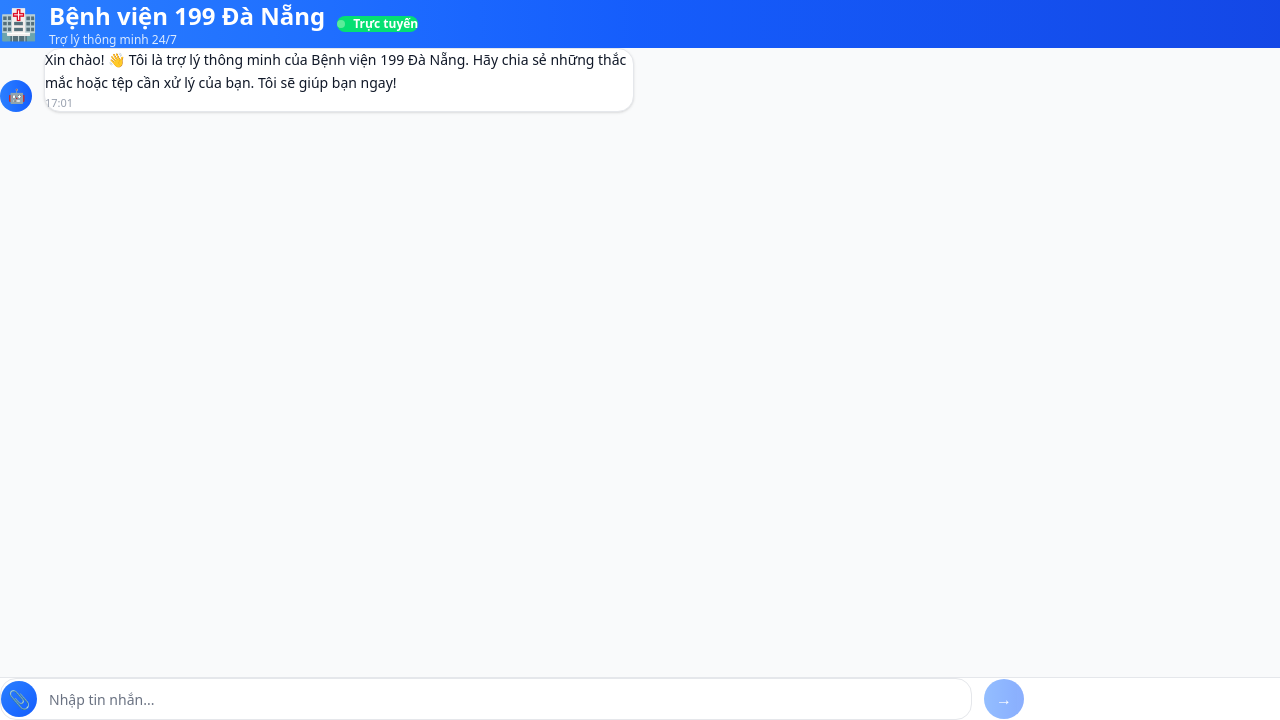
Repository: France2003/B-nh_Vi-n_199
Page: /
The author's editor kept a copy of each file at every save. The page is drawn from the files as they stood at one save, then again after the next save.
The browser window is 1280 px wide. The pictures show the whole page.
The project was rebuilt for these pictures with package versions that can differ from the ones it lists, and the page was loaded fresh each time. Also part of the build but not shown: vite.config.ts, src/App.css, src/components/FilePreview.tsx.

Above is the page before, as saved 2026-01-10 11:49:58.

### index.html
<!doctype html>
<html lang="en">
  <head>
    <meta charset="UTF-8" />
    <link rel="icon" type="image/svg+xml" href="/vite.svg" />
    <meta name="viewport" content="width=device-width, initial-scale=1.0" />
    <title>chat199</title>
  </head>
  <body>
    <div id="root"></div>
    <script type="module" src="/src/main.tsx"></script>
  </body>
</html>

### src/index.css
@import "tailwindcss";

:root {
  --hospital-50: #f0f7fc;
  --hospital-100: #dceef9;
  --hospital-200: #b9def3;
  --hospital-300: #8fcde9;
  --hospital-400: #5ab9dd;
  --hospital-500: #35a4d0;
  --hospital-600: #2a7bb7;
  --hospital-700: #1e5b8d;
  --hospital-800: #0d4a73;
  --hospital-900: #081f2e;
}

* {
  @apply m-0 p-0 box-border;
}

html,
body {
  @apply h-full w-full;
}

body {
  @apply overflow-hidden;
}

#root {
  @apply h-screen w-screen;
}

/* Scrollbar Styling */
::-webkit-scrollbar {
  @apply w-2 h-2;
}

::-webkit-scrollbar-track {
  @apply bg-transparent;
}

::-webkit-scrollbar-thumb {
  background-color: rgb(13, 74, 115, 0.3);
  border-radius: 4px;
}

::-webkit-scrollbar-thumb:hover {
  background-color: rgb(13, 74, 115, 0.5);
}

/* Custom animations */
@keyframes slideIn {
  from {
    opacity: 0;
    transform: translateY(10px);
  }
  to {
    opacity: 1;
    transform: translateY(0);
  }
}

@keyframes bounce {
  0%, 80%, 100% {
    opacity: 0.5;
    transform: translateY(0);
  }
  40% {
    opacity: 1;
    transform: translateY(-10px);
  }
}

.animate-in {
  animation: slideIn 0.3s ease forwards;
}

.delay-200 {
  animation-delay: 200ms;
}

.delay-400 {
  animation-delay: 400ms;
}

.slide-in-from-bottom-2 {
  --tw-enter-translate-y: 8px;
}

### src/App.tsx
import './App.css'
import { ChatBot } from './components/ChatBot'

function App() {
  return <ChatBot />
}

export default App

### src/components/ChatBot.tsx
import React, { useState, useRef, useEffect } from 'react';
import type { Message, UploadedFile } from '../types';
import { ChatMessage } from './ChatMessage';
import { FileUploader } from './FileUploader';
import { FilePreview } from './FilePreview';

export const ChatBot: React.FC = () => {
  const [messages, setMessages] = useState<Message[]>([
    {
      id: '1',
      type: 'bot',
      content: 'Xin chào! 👋 Tôi là trợ lý thông minh của Bệnh viện 199 Đà Nẵng. Hãy chia sẻ những thắc mắc hoặc tệp cần xử lý của bạn. Tôi sẽ giúp bạn ngay!',
      timestamp: new Date(),
    },
  ]);

  const [uploadedFiles, setUploadedFiles] = useState<UploadedFile[]>([]);
  const [inputValue, setInputValue] = useState('');
  const [isLoading, setIsLoading] = useState(false);
  const messagesEndRef = useRef<HTMLDivElement>(null);
  const inputRef = useRef<HTMLInputElement>(null);

  const scrollToBottom = () => {
    messagesEndRef.current?.scrollIntoView({ behavior: 'smooth' });
  };

  useEffect(() => {
    scrollToBottom();
  }, [messages]);

  const handleFilesUpload = (files: UploadedFile[]) => {
    setUploadedFiles((prev) => [...prev, ...files]);
  };

  const handleFileDescriptionChange = (fileId: string, description: string) => {
    setUploadedFiles((prev) =>
      prev.map((file) =>
        file.id === fileId ? { ...file, description } : file
      )
    );
  };

  const handleRemoveFile = (fileId: string) => {
    setUploadedFiles((prev) => prev.filter((file) => file.id !== fileId));
  };

  const handleSendMessage = async () => {
    if (!inputValue.trim() && uploadedFiles.length === 0) return;

    setIsLoading(true);

    // Create user message
    const userMessage: Message = {
      id: `${Date.now()}`,
      type: 'user',
      content: inputValue,
      timestamp: new Date(),
      files: uploadedFiles.length > 0 ? [...uploadedFiles] : undefined,
    };

    setMessages((prev) => [...prev, userMessage]);
    setInputValue('');
    setUploadedFiles([]);

    // Simulate bot response
    setTimeout(() => {
      const botMessage: Message = {
        id: `${Date.now() + 1}`,
        type: 'bot',
        content: generateBotResponse(userMessage),
        timestamp: new Date(),
      };
      setMessages((prev) => [...prev, botMessage]);
      setIsLoading(false);
    }, 1000);
  };

  const generateBotResponse = (userMessage: Message): string => {
    if (userMessage.files && userMessage.files.length > 0) {
      const fileCount = userMessage.files.length;
      const fileNames = userMessage.files.map((f) => f.name).join(', ');
      return `✓ Đã nhận ${fileCount} tệp: ${fileNames}. ${userMessage.content
          ? `Yêu cầu: ${userMessage.content}`
          : 'Đang xử lý tệp của bạn...'
        }`;
    }

    const responses = [
      '✓ Cảm ơn bạn đã liên hệ! Chúng tôi đang xử lý yêu cầu của bạn.',
      '✓ Bệnh viện 199 sẵn sàng hỗ trợ! Hãy cho tôi biết thêm thông tin chi tiết.',
      '✓ Tôi đã ghi nhận thông tin của bạn. Có gì khác tôi có thể giúp?',
      '✓ Cảm ơn bạn đã tin tưởng dịch vụ của chúng tôi! 🏥',
    ];

    return responses[Math.floor(Math.random() * responses.length)];
  };

  const handleKeyPress = (e: React.KeyboardEvent<HTMLInputElement>) => {
    if (e.key === 'Enter' && !e.shiftKey) {
      e.preventDefault();
      handleSendMessage();
    }
  };

  return (
    <div className="flex flex-col h-screen bg-white">
      {/* Header */}
      <header className="bg-gradient-to-r from-blue-500 via-blue-600 to-blue-700 text-white px-4 py-3 sm:px-6 sm:py-4 shadow-lg">
        <div className="flex items-center gap-3">
          <div className="text-3xl">🏥</div>
          <div>
            <h1 className="text-lg sm:text-2xl font-bold">Bệnh viện 199 Đà Nẵng</h1>
            <p className="text-[11px] sm:text-xs text-blue-100 font-medium">
              Trợ lý thông minh 24/7
            </p>
          </div>
          <div className="ml-auto flex items-center gap-2 bg-green-400 bg-opacity-30 px-3 py-1 rounded-full">
            <div className="w-2 h-2 bg-green-300 rounded-full animate-pulse"></div>
            <span className="text-xs font-semibold">Trực tuyến</span>
          </div>
        </div>
      </header>

      {/* Chat Container */}
      <div className="flex-1 overflow-y-auto px-4 py-6 bg-gray-50">
        <div className="w-full max-w-6xl mx-auto space-y-6">

          {messages.map((message) => (
            <ChatMessage key={message.id} message={message} />
          ))}
          {isLoading && (
            <div className="flex gap-3">
              <div className="w-8 h-8 rounded-full bg-gradient-to-r from-blue-500 to-blue-600 flex items-center justify-center text-white text-sm font-bold flex-shrink-0">🤖</div>
              <div className="flex gap-1.5 bg-white px-4 py-3 rounded-2xl shadow-sm">
                <div className="w-2 h-2 bg-blue-500 rounded-full animate-bounce"></div>
                <div className="w-2 h-2 bg-blue-500 rounded-full animate-bounce" style={{ animationDelay: '0.2s' }}></div>
                <div className="w-2 h-2 bg-blue-500 rounded-full animate-bounce" style={{ animationDelay: '0.4s' }}></div>
              </div>
            </div>
          )}
          <div ref={messagesEndRef} />
        </div>
      </div>

      {/* Input Area */}
      <div className="bg-white border-t border-gray-200 px-4 py-4 shadow-lg">
        <div className="w-full max-w-full sm:max-w-3xl lg:max-w-5xl mx-auto">
          {uploadedFiles.length > 0 && (
            <div className="mb-4">
              <FilePreview
                files={uploadedFiles}
                onDescriptionChange={handleFileDescriptionChange}
                onRemove={handleRemoveFile}
              />
            </div>
          )}

          <div className="flex gap-3 items-center">
            <div className="flex-1 flex items-center gap-3 bg-white border border-gray-200 rounded-2xl px-3 py-2 transition-all focus-within:border-blue-400 focus-within:ring-1 focus-within:ring-blue-100">
              <FileUploader onFilesUpload={handleFilesUpload} showLabel={false} />

              <input
                ref={inputRef}
                type="text"
                value={inputValue}
                onChange={(e) => setInputValue(e.target.value)}
                onKeyPress={handleKeyPress}
                placeholder="Nhập tin nhắn..."
                className="flex-1 h-11 sm:h-10 bg-transparent text-gray-900 placeholder-gray-500 focus:outline-none text-sm"
                disabled={isLoading}
              />

              {uploadedFiles.length > 0 && (
                <div className="flex items-center gap-2">
                  <div className="text-xs text-gray-500">{uploadedFiles.length} tệp</div>
                </div>
              )}
            </div>

            <button
              onClick={handleSendMessage}
              className="w-11 h-11 sm:w-10 sm:h-10 flex items-center justify-center rounded-full bg-gradient-to-r from-blue-500 to-blue-600 text-white font-bold transition-all duration-200 hover:shadow-lg hover:scale-105 active:scale-95 disabled:opacity-50 disabled:cursor-not-allowed flex-shrink-0"
              disabled={isLoading || (!inputValue.trim() && uploadedFiles.length === 0)}
              title="Gửi tin nhắn"
            >
              <span>→</span>
            </button>
          </div>
        </div>
      </div>
    </div>
  );
};

### src/components/ChatMessage.tsx
import React from 'react';
import type { Message } from '../types';

interface ChatMessageProps {
  message: Message;
}

export const ChatMessage: React.FC<ChatMessageProps> = ({ message }) => {
  const isUser = message.type === 'user';
  return (
    <div className={`w-full flex ${isUser ? 'justify-end' : 'justify-start'} px-2`}>
      <div className="flex items-end gap-3">
        {!isUser && (
          <div className="flex-shrink-0 w-8 h-8 rounded-full bg-gradient-to-r from-blue-500 to-blue-600 flex items-center justify-center text-white text-sm">🤖</div>
        )}

        <div className={`inline-block w-fit max-w-[85%] sm:max-w-[70%] lg:max-w-[60%] rounded-2xl p-3 break-words shadow-sm ${isUser
            ? 'bg-gradient-to-br from-blue-500 to-blue-600 text-white rounded-br-2xl rounded-bl-2xl rounded-tl-2xl'
            : 'bg-white text-gray-900 rounded-bl-2xl rounded-br-2xl border border-gray-200'
          }`}>
          <div className="flex flex-col gap-2">
            <div className="text-sm leading-relaxed whitespace-pre-wrap">{message.content}</div>
            {message.files && message.files.length > 0 && (
              <div className="mt-2 grid grid-cols-1 sm:grid-cols-2 gap-2">
                {message.files.map((file) => (
                  <div key={file.id} className="flex items-start gap-2">
                    {file.type === 'image' && file.preview ? (
                      <img src={file.preview} alt={file.name} className="w-20 h-20 object-cover rounded-md" />
                    ) : (
                      <div className="w-20 h-20 flex items-center justify-center rounded-md bg-gray-100">
                        <span className="text-2xl">📄</span>
                      </div>
                    )}
                    <div className="flex-1 min-w-0">
                      <p className="text-xs font-medium truncate">{file.name}</p>
                      {file.description && <p className="text-xs text-gray-500 mt-1 truncate">{file.description}</p>}
                    </div>
                  </div>
                ))}
              </div>
            )}
          </div>

          <div className={`text-[11px] mt-2 ${isUser ? 'text-white/80 text-right' : 'text-gray-400 text-left'}`}>
            {message.timestamp.toLocaleTimeString('vi-VN', { hour: '2-digit', minute: '2-digit' })}
          </div>
        </div>

        {isUser && (
          <div className="flex-shrink-0 w-8 h-8 rounded-full bg-white flex items-center justify-center text-blue-600 text-sm shadow-sm">Bạn</div>
        )}
      </div>
    </div>
  );
};
export default ChatMessage;

### src/components/FileUploader.tsx
import React, { useState, useRef } from 'react';
import type { UploadedFile } from '../types';

interface FileUploaderProps {
  onFilesUpload: (files: UploadedFile[]) => void;
  showLabel?: boolean;
}

export const FileUploader: React.FC<FileUploaderProps> = ({ onFilesUpload, showLabel = true }) => {
  const [isDragActive, setIsDragActive] = useState(false);
  const fileInputRef = useRef<HTMLInputElement>(null);

  const handleDrag = (e: React.DragEvent) => {
    e.preventDefault();
    e.stopPropagation();
    if (e.type === 'dragenter' || e.type === 'dragover') {
      setIsDragActive(true);
    } else if (e.type === 'dragleave') {
      setIsDragActive(false);
    }
  };

  const processFiles = (files: FileList) => {
    const uploadedFiles: UploadedFile[] = [];

    Array.from(files).forEach((file) => {
      const isImage = file.type.startsWith('image/');
      const uploadedFile: UploadedFile = {
        id: `${Date.now()}-${Math.random()}`,
        name: file.name,
        type: isImage ? 'image' : 'file',
        file,
      };

      if (isImage) {
        const reader = new FileReader();
        reader.onload = (e) => {
          uploadedFile.preview = e.target?.result as string;
        };
        reader.readAsDataURL(file);
      }

      uploadedFiles.push(uploadedFile);
    });

    onFilesUpload(uploadedFiles);
  };

  const handleDrop = (e: React.DragEvent) => {
    e.preventDefault();
    e.stopPropagation();
    setIsDragActive(false);

    if (e.dataTransfer.files && e.dataTransfer.files[0]) {
      processFiles(e.dataTransfer.files);
    }
  };

  const handleChange = (e: React.ChangeEvent<HTMLInputElement>) => {
    if (e.target.files) {
      processFiles(e.target.files);
    }
  };

  if (!showLabel) {
    return (
      <>
        <input
          ref={fileInputRef}
          type="file"
          multiple
          onChange={handleChange}
          accept="image/*,.pdf,.doc,.docx,.xls,.xlsx,.txt"
          className="hidden"
          id="file-upload-input"
        />
        <label
          htmlFor="file-upload-input"
          className="flex items-center justify-center w-9 h-9 rounded-full bg-gradient-to-br from-blue-500 to-blue-600 text-white cursor-pointer hover:shadow-md transition-transform active:scale-95 flex-shrink-0"
          title="Tải file"
          onDragEnter={handleDrag}
          onDragLeave={handleDrag}
          onDragOver={handleDrag}
          onDrop={handleDrop}
        >
          <span className="text-lg">📎</span>
        </label>
      </>
    );
  }

  return (
    <div
      className={`border-2 border-dashed rounded-2xl p-8 text-center transition-all cursor-pointer mb-5 ${
        isDragActive
          ? 'border-blue-500 bg-blue-50 shadow-lg scale-105'
          : 'border-blue-300 bg-blue-50 hover:bg-blue-100 hover:border-blue-400'
      }`}
      onDragEnter={handleDrag}
      onDragLeave={handleDrag}
      onDragOver={handleDrag}
      onDrop={handleDrop}
    >
      <input
        ref={fileInputRef}
        type="file"
        multiple
        onChange={handleChange}
        accept="image/*,.pdf,.doc,.docx,.xls,.xlsx,.txt"
        className="hidden"
      />
      <div className="pointer-events-none">
        <div className="text-4xl mb-3">📁</div>
        <p className="m-0 mb-2 text-base font-bold text-blue-900">Kéo thả file tại đây</p>
        <p className="m-0 text-sm text-blue-600 mb-3">hoặc nhấp để chọn từ máy tính</p>
        <p className="m-0 text-xs text-blue-500">Hỗ trợ: Hình ảnh, PDF, Word, Excel</p>
      </div>
    </div>
  );
};

Loaded but not shown: src/main.tsx (common file)

After the next save:
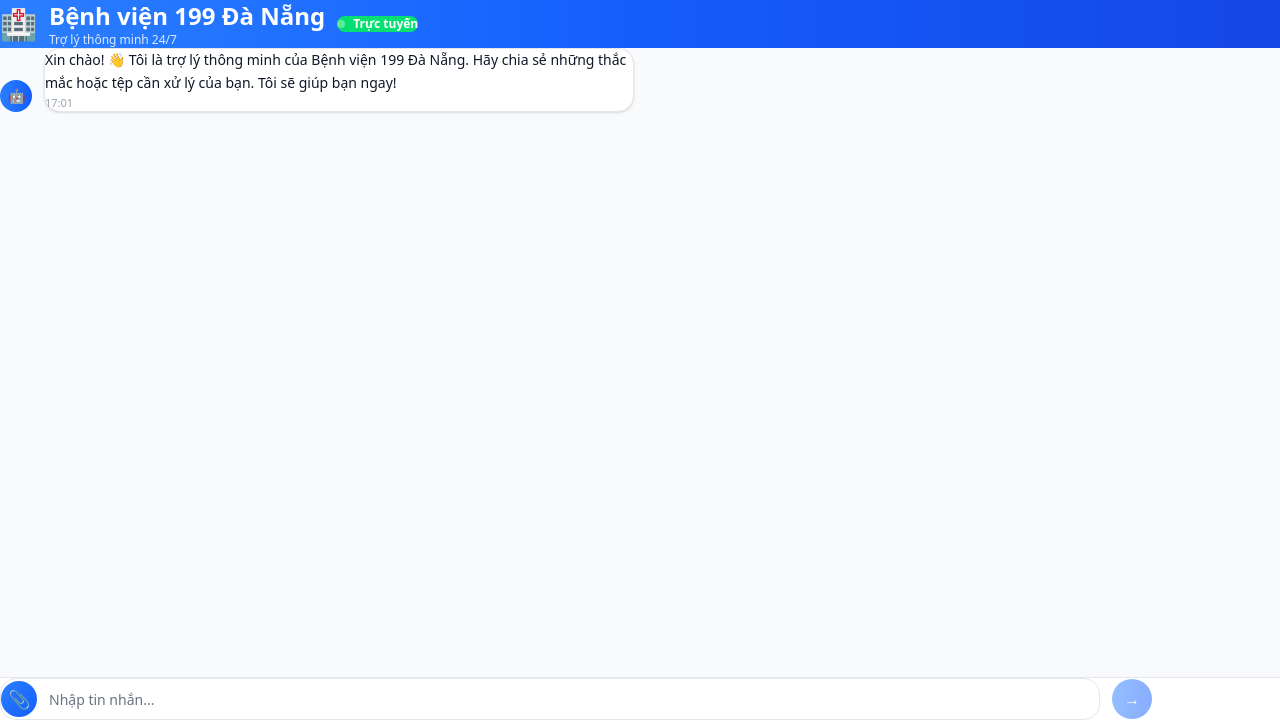
Saved 52 s later.
--- a/src/components/ChatBot.tsx
+++ b/src/components/ChatBot.tsx
@@ -144,7 +144,7 @@
 
       {/* Input Area */}
       <div className="bg-white border-t border-gray-200 px-4 py-4 shadow-lg">
-        <div className="w-full max-w-full sm:max-w-3xl lg:max-w-5xl mx-auto">
+        <div className="w-full max-w-6xl mx-auto">
           {uploadedFiles.length > 0 && (
             <div className="mb-4">
               <FilePreview
